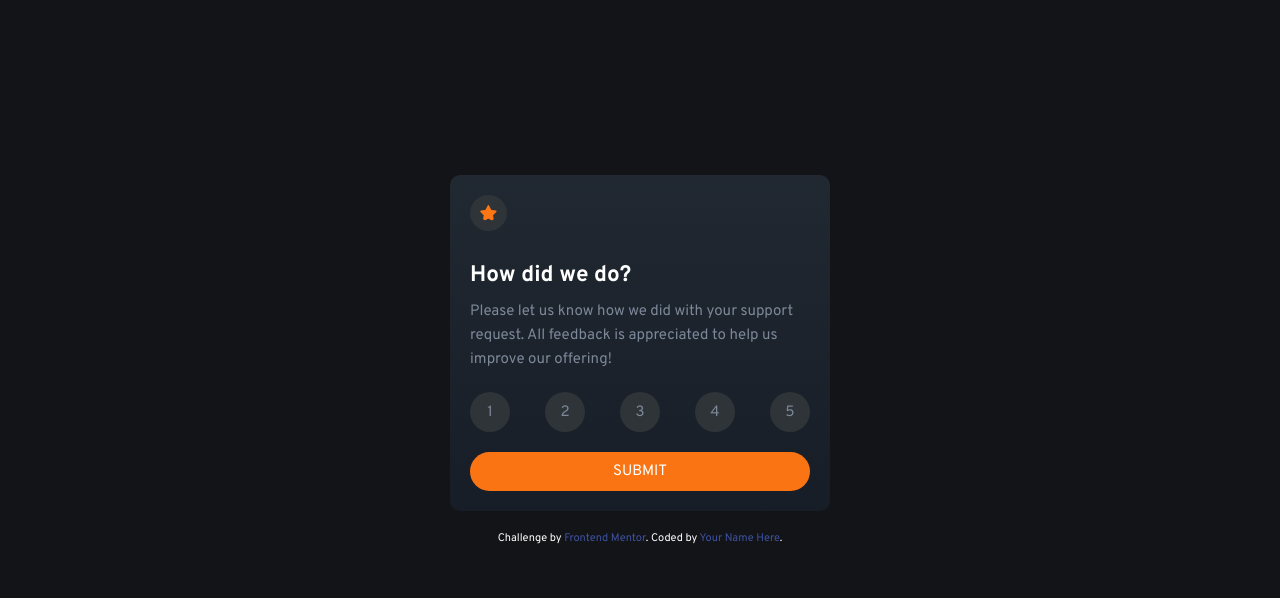
Repository: huynhnhutanhduy/interactive-rating-component
Page: index.html
An editor plug-in stored every save of this project. The page is shown before and after the next save, followed by the edit.
The browser window is 1280 px wide. The pictures show the whole page.

Above is the page before, as saved 2022-10-19 11:19:32.

After the next save:
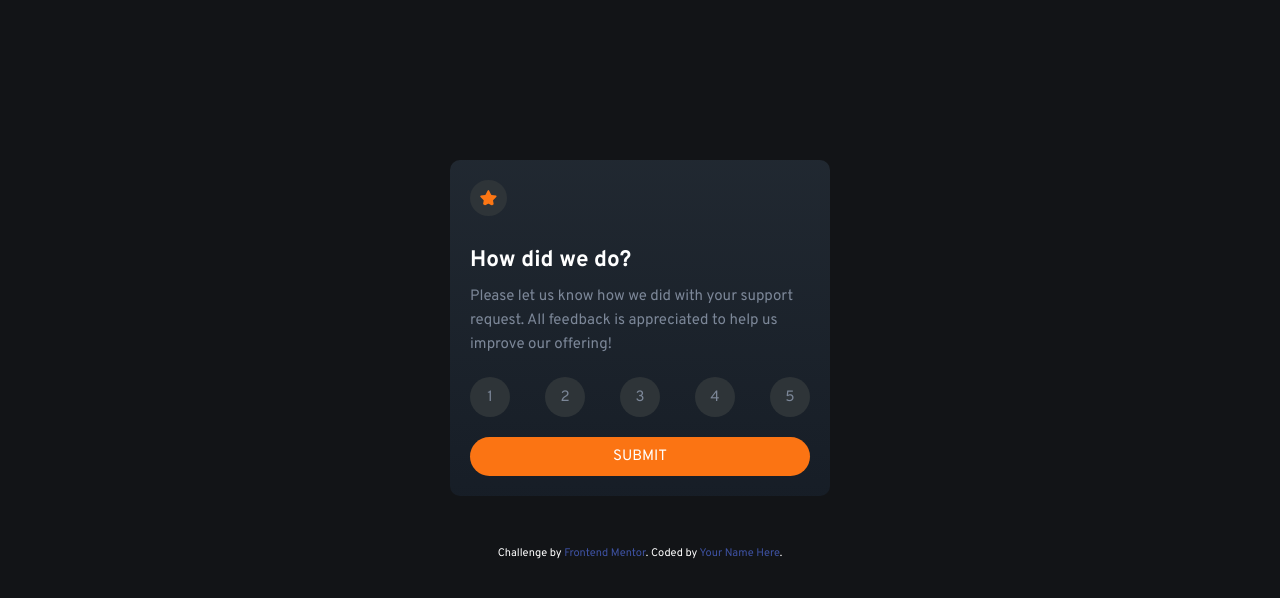
Saved 5 s later.
--- a/app.css
+++ b/app.css
@@ -67,7 +67,7 @@ body,
   background-image: linear-gradient(to top, hsl(214, 26%, 12%), hsl(212, 20%, 16%));
   padding: 2rem;
   border-radius: 1rem;
-  margin-bottom: 2rem;
+  margin-bottom: 5rem;
 }
 .rating-star,
 .rating-item,
